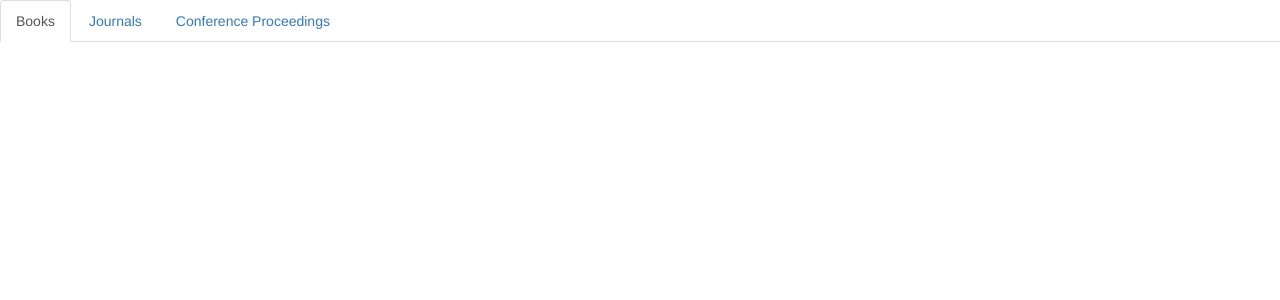
Repository: shrutikk/Library
Page: http://localhost/Library/Publications.jsp
The author's editor kept a copy of each file at every save. The page is drawn from the files as they stood at one save, then again after the next save.
The browser window is 1280 px wide. The pictures show the whole page.
Some web libraries are served in a nearby version. The page is served by Tomcat 9.

Above is the page before, as saved 2015-10-27 04:41:19.

After the next save:
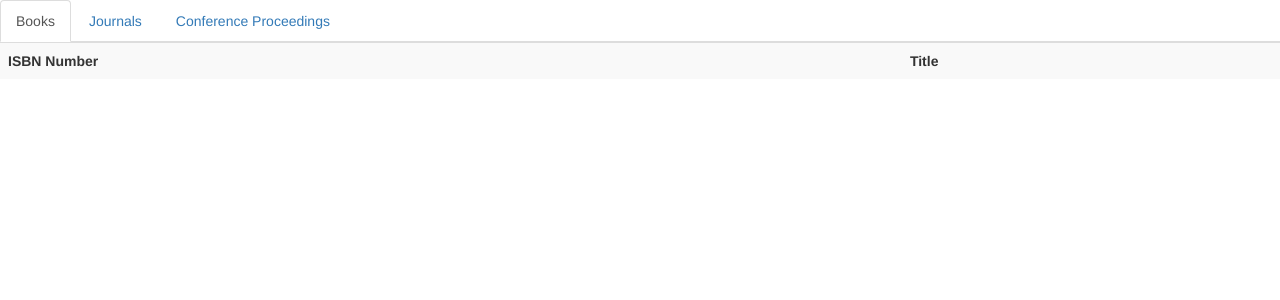
Saved 66 s later.
--- a/Library/WebContent/Publications.jsp
+++ b/Library/WebContent/Publications.jsp
@@ -18,7 +18,10 @@
 <div class="tab-content">
 <div class="tab-pane active" id="bookstab">
 <table class="table table-striped">
-
+<tr>
+<th>ISBN Number</th>
+<th>Title</th>
+</tr>
 </table>
 </div>
 <div class="tab-pane" id="journalstab">
